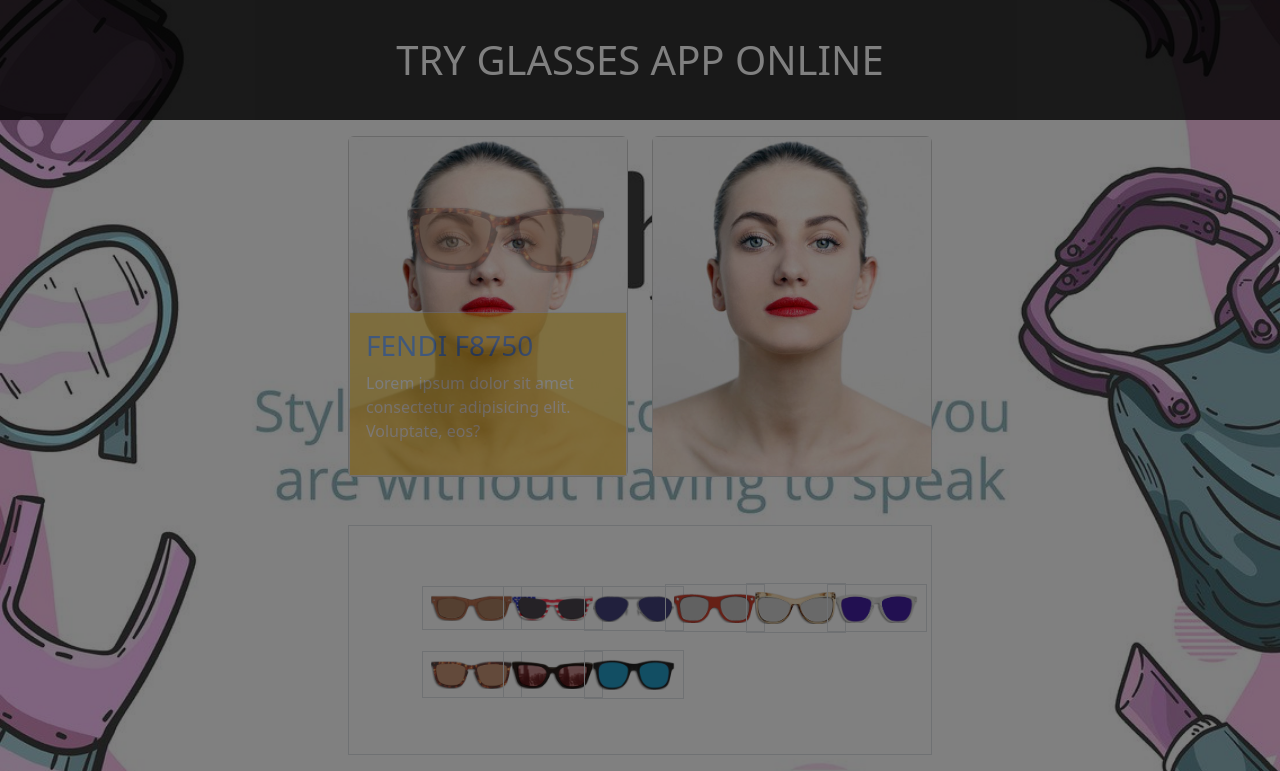
Repository: akira17518/React_JS_Glasses
Page: /
An editor plug-in stored every save of this project. The page is shown before and after the next save, followed by the edit.
The browser window is 1280 px wide. The pictures show the whole page.
The project was rebuilt for these pictures with package versions that can differ from the ones it lists, and the page was loaded fresh each time.

Above is the page before, as saved 2023-05-10 11:04:35.

After the next save:
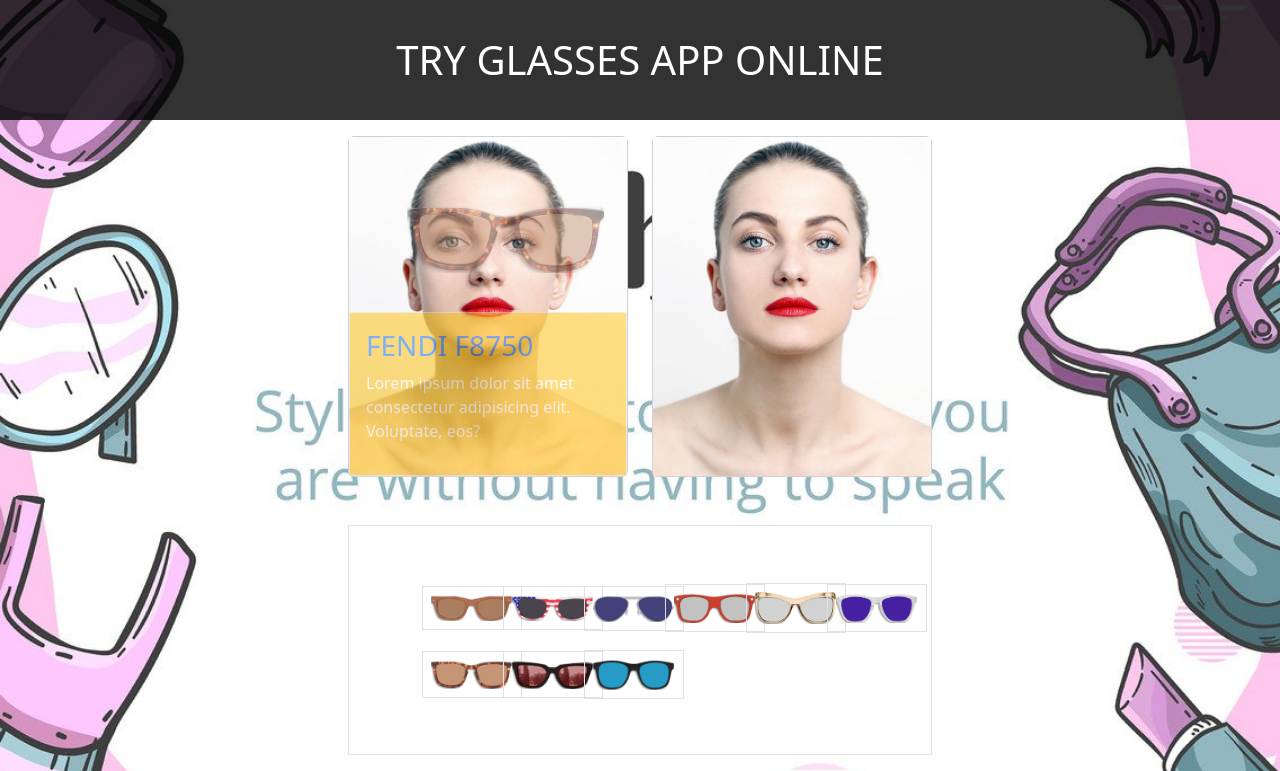
Saved 7 s later.
--- a/src/assets/app.module.css
+++ b/src/assets/app.module.css
@@ -3,5 +3,4 @@
     background-position: center;
     background-repeat: no-repeat;
     background-size: cover;
-    filter: brightness(0.5);
 }
